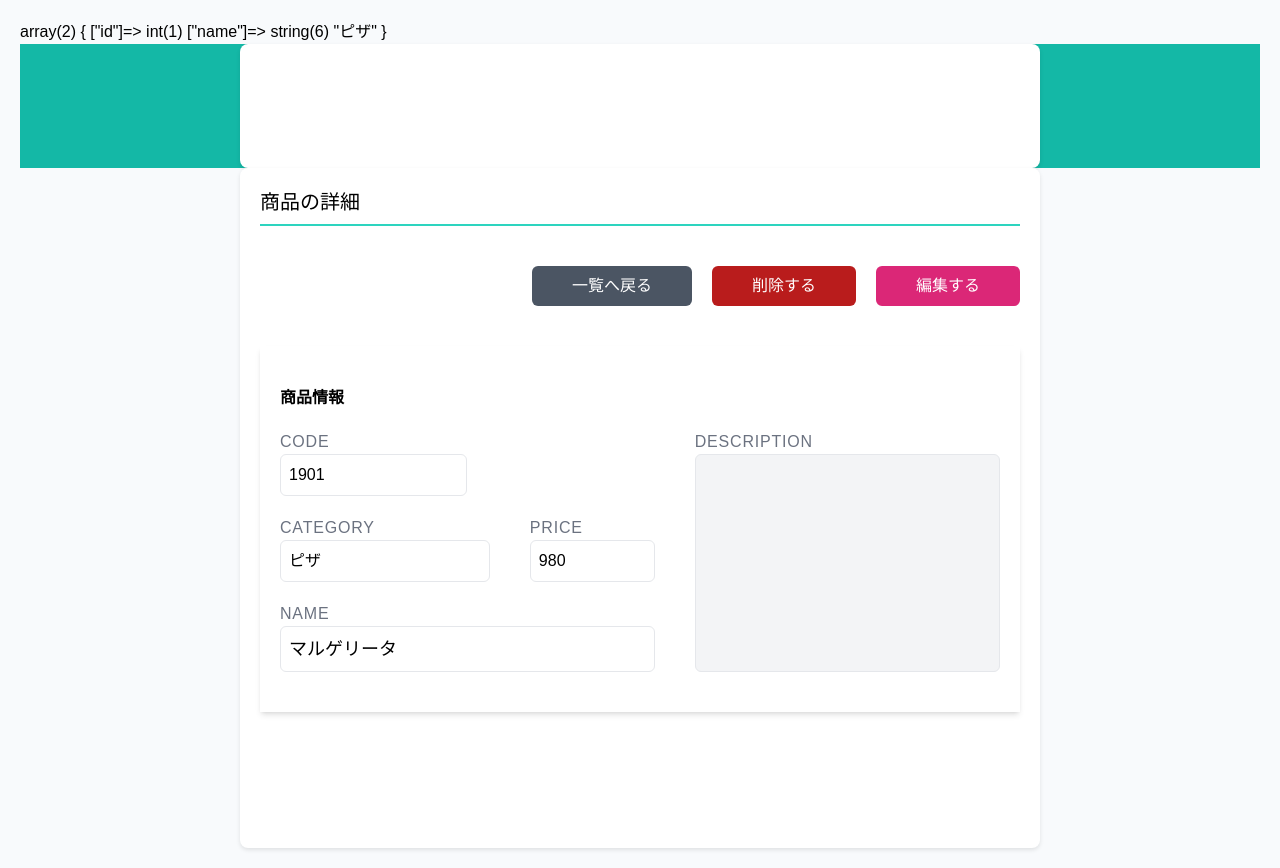
Repository: ShunKUN1182/STD_PHP
Page: http://localhost/kadai07_1.php?product_code=1901
The author's editor kept a copy of each file at every save. The page is drawn from the files as they stood at one save, then again after the next save.
The browser window is 1280 px wide. The pictures show the whole page.
Some web libraries are served in a nearby version. The page is run by PHP 8.4 with error messages shown; the project is at /var/www/html/. The database holds what the project's SQL file puts in it.

Above is the page before, as saved 2026-07-10 14:04:34.

### kadai07_1.php
<?php
require_once __DIR__ . "/config.php";
$productCode = filter_input(INPUT_GET,"product_code");
if (!$productCode) {
  header("Location: kadai06_1.php");
}
$db = new PDO(DB_DSN,DB_USER,DB_PASS);
$products_table = TB_PRODUCTS;
$sql = "SELECT * FROM $products_table WHERE code = $productCode";
$stmt = $db-> prepare($sql);
$stmt->execute();
$productResult = $stmt->fetch(PDO::FETCH_ASSOC);

$categoryCode = $productResult["category_id"];

$category_table = TB_CATEGORIES;
$sql = "SELECT * FROM $category_table WHERE id = $categoryCode";
$stmt = $db-> prepare($sql);
$stmt->execute();
$categoryResult = $stmt->fetch(PDO::FETCH_ASSOC);


var_dump($categoryResult)
?>
<!DOCTYPE html>
<html lang="ja">
<head>
  <meta charset="UTF-8">
  <meta name="viewport" content="width=device-width, initial-scale=1.0">

  <!-- link -->
  <link href="asset/styles/style.css" rel="stylesheet">

  <!-- script -->
  <script src="https://cdn.tailwindcss.com"></script>
  <title>php1 - kadai07_1</title>
</head>
<body class="bg-slate-50">
<div class="wrapper box-border">

<header class="bg-teal-500">
  <div class="container mx-auto px-2 py-5">
    <h1 class="text-l text-white mb-6"><a href="#">サーバーサイドスクリプト演習１</a></h1>
    <h2 class="text-3xl text-white">データベース処理</h2>
  </div><!--/.container-->
</header>

<main>
  <div class="container w-full h-full mx-auto px-2 py-20">

    <h3 class="text-xl border-b-2 border-teal-400 pb-2 mb-10">商品の詳細</h3>

    <div class="flex flex-col sm:flex-row justify-end mb-10">
      <a href="kadai06_1.php" class="text-white text-center leading-10 bg-gray-600 px-10 hover:bg-gray-500 rounded-md">一覧へ戻る</a>
      <a href="#" class="text-white text-center leading-10 bg-red-700 px-10 px-10 mx-5 hover:bg-red-600 rounded-md">削除する</a>
      <!--kadai10_1-->
      <!--
        <form action="" method="" class="w-full sm:w-fit">
        <input type="hidden" name="_method" value="DELETE">
        <input type="hidden" name="product_no" value="">
        <button type="submit" class="w-full sm:w-fit text-white text-center leading-10 bg-red-700 px-10 px-10 mx-0 sm:mx-5 my-2 sm:my-0 hover:bg-red-600 rounded-md">削除する</button>
      </form>
      -->
      <!--/kadai09_1-->
      <a href="#" class="text-white text-center leading-10 bg-pink-600 px-10 hover:bg-pink-500 rounded-md">編集する</a>
    </div>


    <div class="product-wrap px-5 py-10 shadow-md">
      <h4 class="font-bold mb-5">商品情報</h4>
      <div class="flex flex-col md:flex-row">
        <div class="flex-grow mr-0 md:mr-10 mb-5 md:mb-0">
          <div class="mb-5">
            <div class="w-6/12">
              <p class="text-gray-500 text-left uppercase tracking-wider">code</p>
              <p class="px-2 py-2 border rounded-md"><?= $productResult["code"] ?></p>
            </div>
          </div>

          <div class="flex justify-between mb-5">
            <div class="flex-grow mr-10">
              <p class="text-gray-500 text-left uppercase tracking-wider">category</p>
              <p class="bg-white px-2 py-2 border  rounded-md"><?= $categoryResult["name"] ?></p>
            </div>
            <div class="w-4/12">
              <p class="text-gray-500 text-left uppercase tracking-wider">price</p>
              <p class="bg-white px-2 py-2 border  rounded-md"><?= $productResult["price"] ?></p>
            </div>
          </div>

          <div>
            <p class="text-gray-500 text-left uppercase tracking-wider">name</p>
            <p class="bg-white text-lg px-2 py-2 border  rounded-md"><?= $productResult["name"] ?></p>
          </div>
        </div>

        <div class="flex flex-col items-stretch flex-grow">
          <p class="text-gray-500 text-left uppercase tracking-wider">description</p>
          <p class="flex-grow h-32 md:h-max text-lg px-2 bg-gray-100 py-2 border rounded-md"></p>
        </div>
      </div>

    </div><!--/.product-wrap-->

      <!-- エラーメッセージ -->
      <!-- <p class="text-xl">エラーメッセーの表示</p> -->


  </div><!--/.container-->
</main>

</div><!--/.wrapper-->
</body>
</html>

### config.php
<?php
// 定数などのサイトの設定を定義する

const SITE_NAME = "サーバーサイド1";

define("DOC_ROOT" , __DIR__);

const WEB_ROOT = "https://10.202.10.3/ecc/sfukusima/php1/";

//DB関連
const DB_DRIVER = "mysql";
const DB_HOST = "localhost";
const DB_NAME = "sfukusima";
const DB_USER = "sfukusima";
const DB_PASS = "eccMyAdmin";
const DB_CHAR = "utf8mb4";
const DB_DSN = DB_DRIVER.":host=".DB_HOST.";dbname=".DB_NAME.";charset=".DB_CHAR;

//テーブル関係
const TB_ZIP = "php1_zip";
const TB_PRODUCTS = "php1_products";
const TB_CATEGORIES = "php1_categories";
?>

### css/style.css
* {
    box-sizing: border-box;
}

body {
    background: #f4f4f4;
    font-family: sans-serif;
    padding: 20px;
}

.container {
    background: #fff;
    border-radius: 8px;
    box-shadow: 0 2px 4px rgba(0, 0, 0, 0.1);
    margin: 0 auto;
    max-width: 800px;
    padding: 20px;
}

.product-grid {
    display: flex;
    gap: 20px;
    margin-bottom: 30px;
}

.product {
    border-radius: 4px;
    border: 1px solid #ddd;
    flex: 1;
    padding: 15px;
    text-align: center;
}

.product h3 {
    margin: 0 0 10px;
}

button {
    background: #28a745;
    border-radius: 4px;
    border: none;
    color: white;
    cursor: pointer;
    padding: 8px 16px;
}

.cart-table {
    border-collapse: collapse;
    margin-bottom: 20px;
    width: 100%;
}

colgroup col:nth-of-type(1) {
    width: 300px;
}

.cart-table th,
.cart-table td {
    border: 1px solid #eee;
    padding: 10px;
    text-align: left;
}

.cart-table th {
    background: #fafafa;
}

tfoot th {
    text-align: right;
}

.btn-clear {
    background: #dc3545;
}

### database/Categories.sql (the tables this page reads)
CREATE TABLE  php1_categories(
    `id`   INT UNSIGNED AUTO_INCREMENT PRIMARY KEY,    
    `name` VARCHAR(64)  NOT NULL                       
);

INSERT INTO php1_categories( `name` ) VALUES 
    ( 'ピザ' ),
    ( 'ドリンク' ),
    ( 'デザート' );

### database/Products.sql (the tables this page reads)
CREATE TABLE  php1_products(
    `code`        VARCHAR(4)    PRIMARY KEY,    
    `name`        VARCHAR(64)   NOT NULL,       
    `price`       INT UNSIGNED,                 
    `category_id` INT UNSIGNED  NOT NULL        
);

INSERT INTO php1_products( `code`, `name`, `price`, `category_id` ) VALUES 
    ( "1901", "マルゲリータ", 980, 1 ),
    ( "1902", "アメリカン", 720, 1 ),
    ( "1903", "ジェノベーゼ", 1340, 1 ),
    ( "2901", "コーラ", 200, 2 ),
    ( "2902", "スプライト", 200, 2 ),
    ( "2903", "スーパードライ", 300, 2 ),
    ( "3901", "バニラシェイク", 590, 3 ),
    ( "3902", "ストロベリーシェイク", 590, 3 ),
    ( "3903", "プチパンケーキ", 460, 3 );

After the next save:
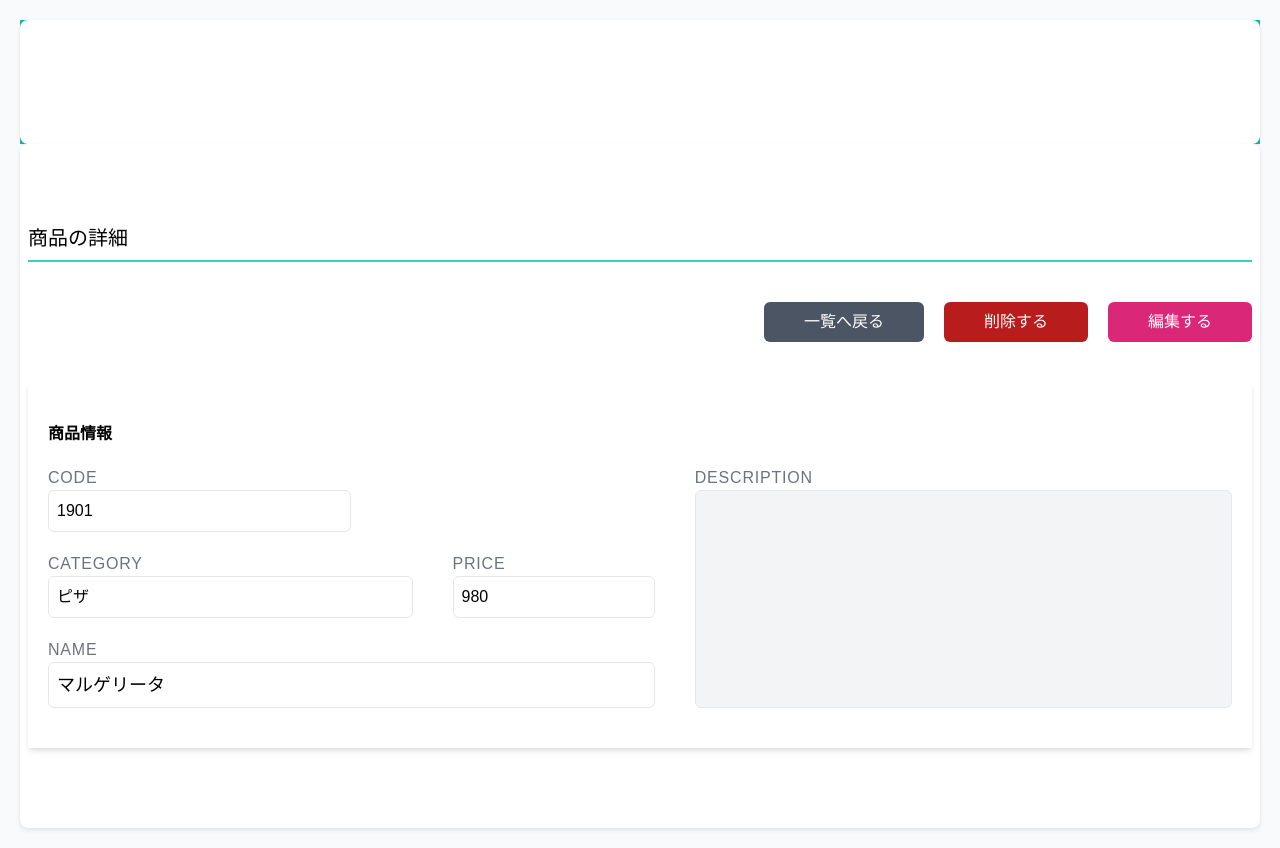
Saved 10 s later.
--- a/kadai07_1.php
+++ b/kadai07_1.php
@@ -20,7 +20,6 @@ $stmt->execute();
 $categoryResult = $stmt->fetch(PDO::FETCH_ASSOC);
 
 
-var_dump($categoryResult)
 ?>
 <!DOCTYPE html>
 <html lang="ja">
